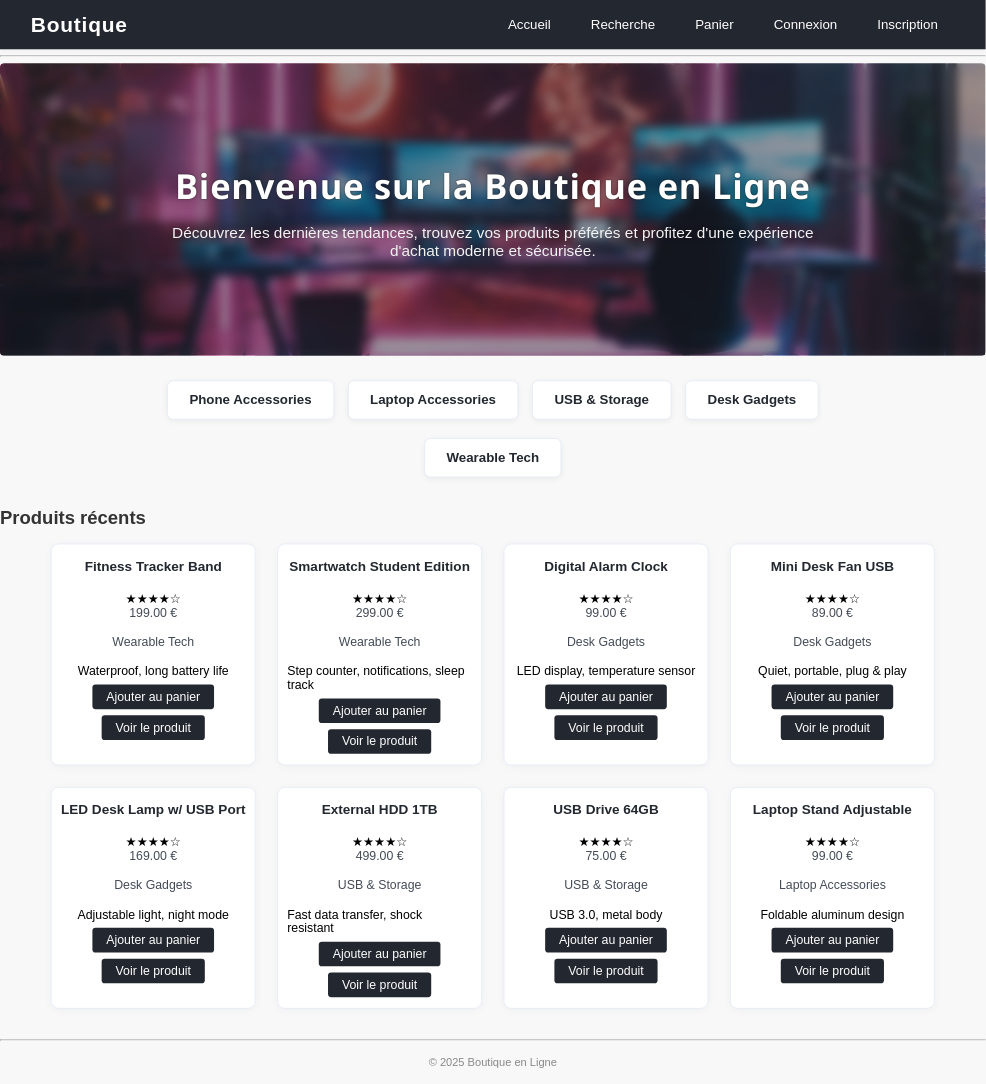
Repository: kiraj-walid/ecomerce
Page: http://localhost/
The author's editor kept a copy of each file at every save. The page is drawn from the files as they stood at one save, then again after the next save.
The browser window is 1280 px wide. The pictures show the whole page, at 77% of full size.
The page is run by PHP 8.4 with error messages shown; the project is at /var/www/html/. The database holds what the project's SQL file puts in it. Queries for data that is not in the repository find no rows.

Above is the page before, as saved 2025-05-07 14:47:44.

After the next save:
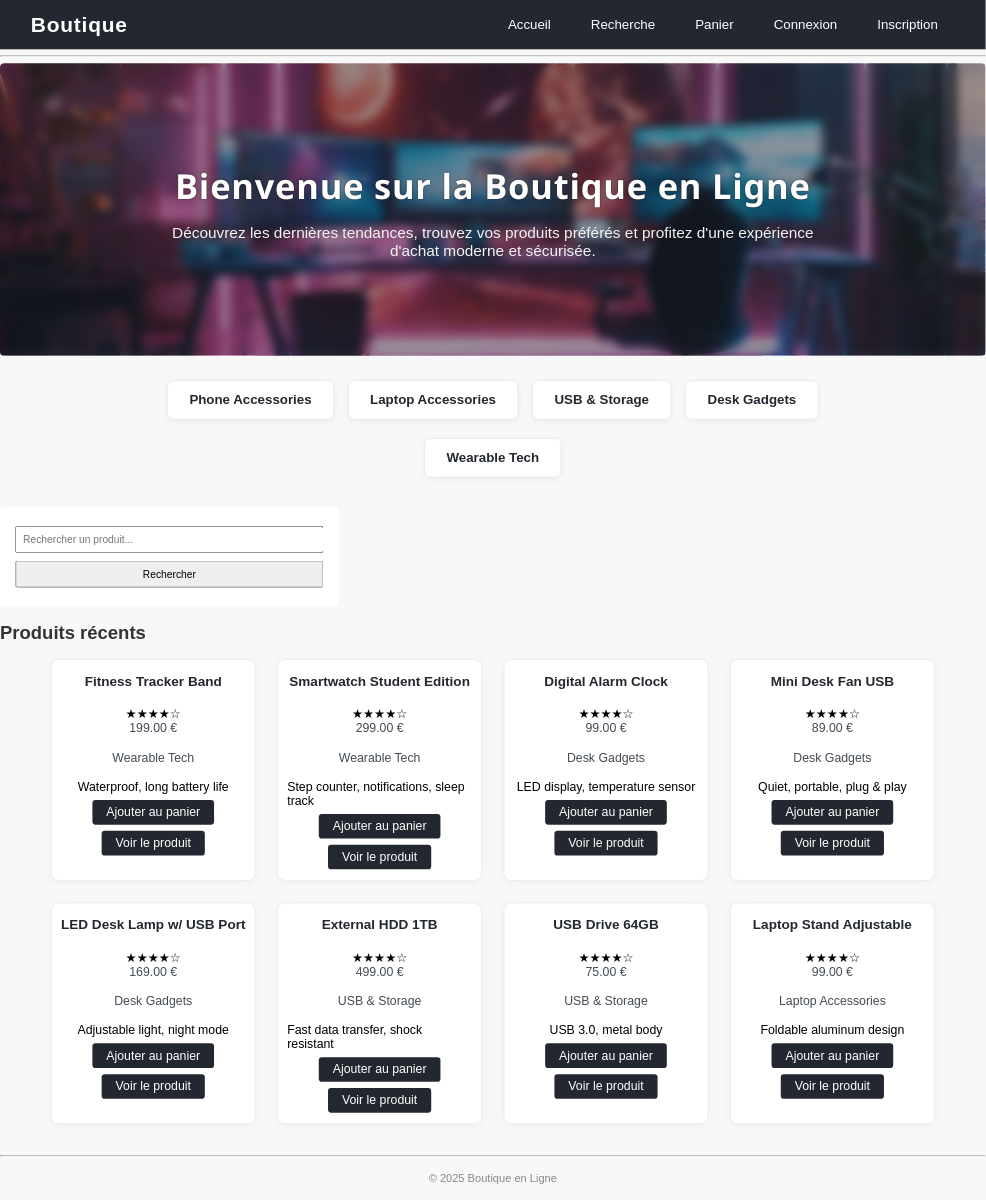
Saved 97 s later.
--- a/index.php
+++ b/index.php
@@ -9,6 +9,7 @@ $products = $pdo->query('SELECT * FROM produits ORDER BY id DESC LIMIT 8')->fetc
 // Fetch categories for quick filters
 $categories = $pdo->query("SELECT DISTINCT categorie FROM produits WHERE categorie IS NOT NULL AND categorie != ''")->fetchAll(PDO::FETCH_COLUMN);
 ?>
+
 <div class="hero-section">
     <img src="assets/images/landingpage.webp" alt="Boutique en Ligne" class="hero-bg-img">
     <div class="hero-overlay"></div>
@@ -16,10 +17,10 @@ $categories = $pdo->query("SELECT DISTINCT categorie FROM produits WHERE categor
         <div class="hero-text">
             <h1>Bienvenue sur la Boutique en Ligne</h1>
             <p>Découvrez les dernières tendances, trouvez vos produits préférés et profitez d'une expérience d'achat moderne et sécurisée.</p>
-
         </div>
     </div>
 </div>
+
 <?php if (!empty($categories)) : ?>
 <div class="category-filters">
     <?php foreach ($categories as $cat) : ?>
@@ -27,7 +28,16 @@ $categories = $pdo->query("SELECT DISTINCT categorie FROM produits WHERE categor
     <?php endforeach; ?>
 </div>
 <?php endif; ?>
+
+<div class="search-bar">
+    <form action="search.php" method="GET">
+        <input type="text" name="q" placeholder="Rechercher un produit..." class="search-input">
+        <button type="submit" class="search-btn">Rechercher</button>
+    </form>
+</div>
+
 <h2 class="recent-products-title">Produits récents</h2>
+
 <?php if (count($products) === 0) : ?>
     <p class="no-products">Aucun produit disponible.</p>
 <?php else : ?>
@@ -81,4 +91,5 @@ $categories = $pdo->query("SELECT DISTINCT categorie FROM produits WHERE categor
     <?php endforeach; ?>
     </div>
 <?php endif; ?>
+
 <?php include 'includes/footer.php'; ?>
